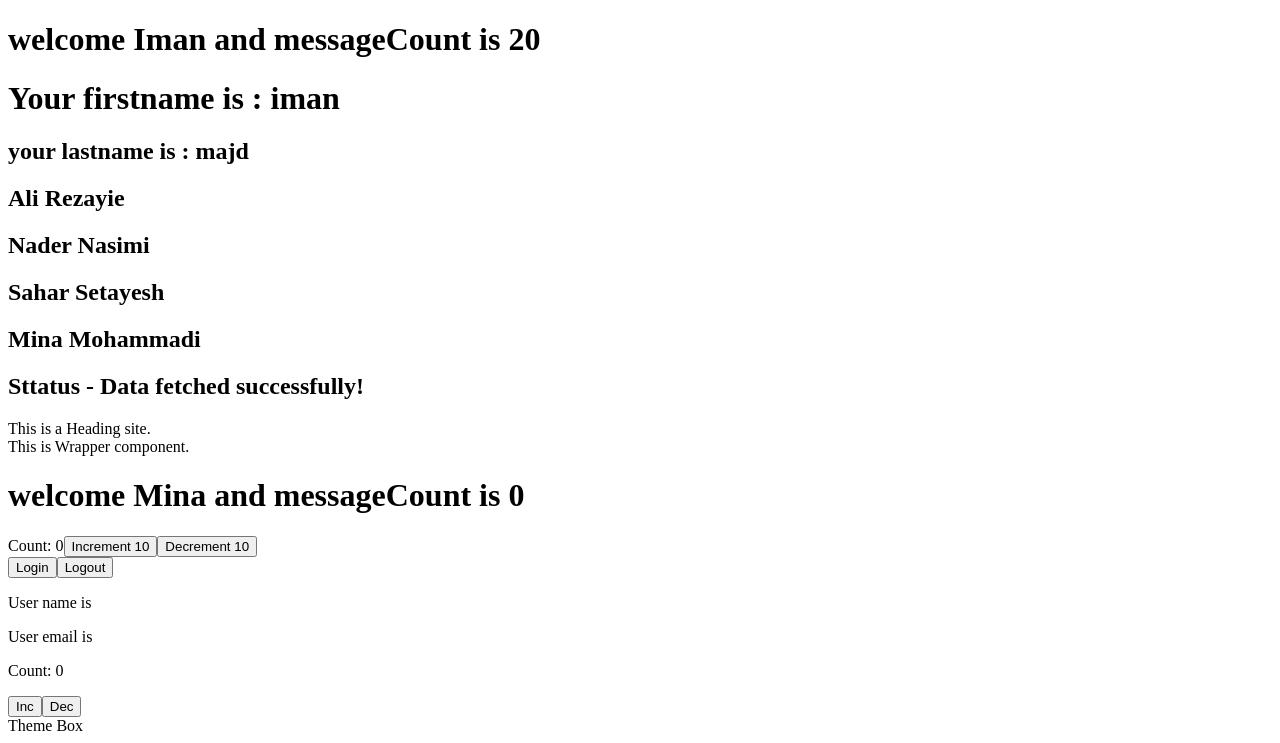
Repository: imangame2125/Typescript-learn-course
Page: /
An editor plug-in stored every save of this project. The page is shown before and after the next save, followed by the edit.
The browser window is 1280 px wide. The pictures show the whole page.
The project was rebuilt for these pictures with package versions that can differ from the ones it lists, and the page was loaded fresh each time.

Above is the page before, as saved 2023-10-01 10:43:49.

After the next save:
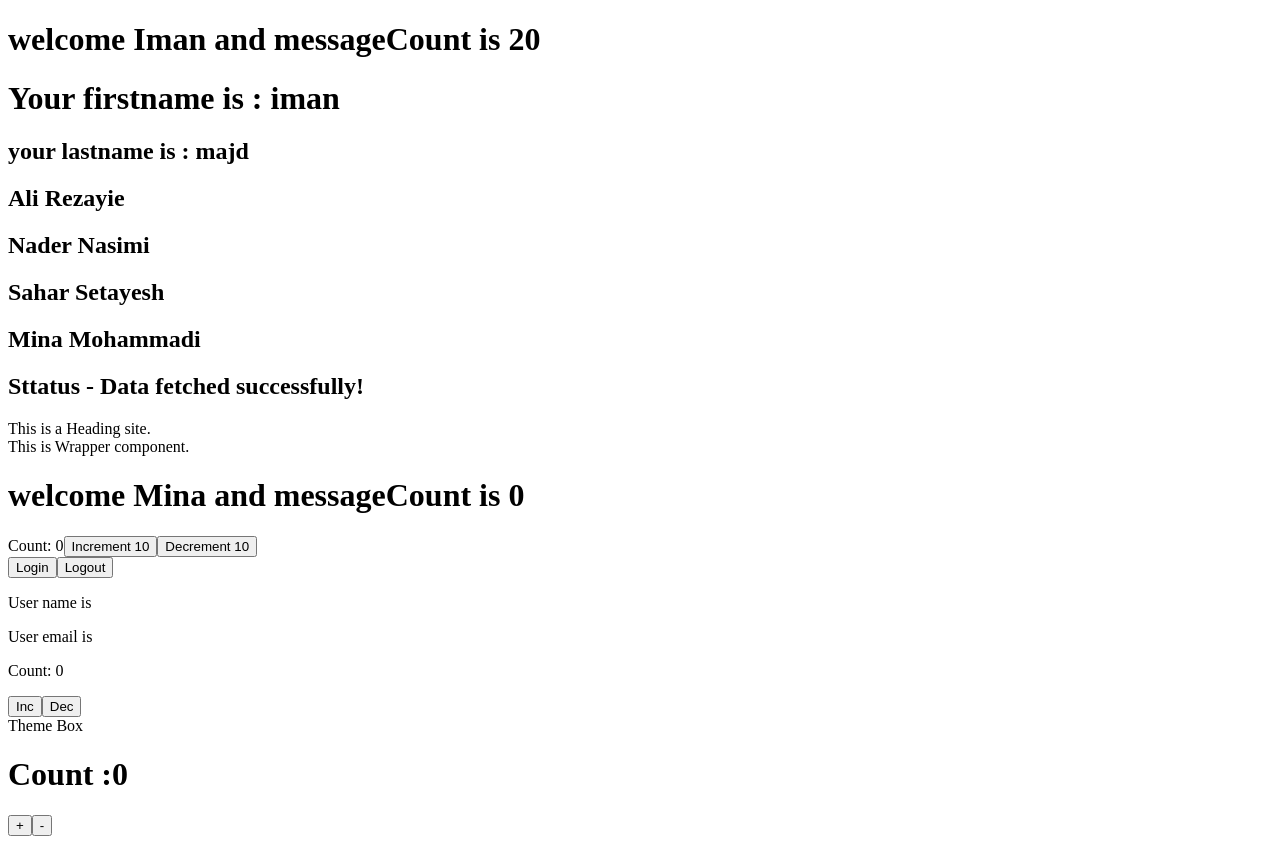
Saved 34 s later.
--- a/src/App.tsx
+++ b/src/App.tsx
@@ -10,6 +10,7 @@ import Container from "./components/pages/Counter";
 import UseReducerTypescript from "./components/pages/UseResuerTypescript";
 import { ThemeContextProvider } from "./components/context/ThemeContext";
 import Box from "./components/pages/Box";
+import CounterUseReducer from "./components/pages/CounterUseReducer";
 
 function App() {
   const personName = {
@@ -62,6 +63,8 @@ function App() {
       <ThemeContextProvider>
         <Box/>
       </ThemeContextProvider>
+
+      <CounterUseReducer/>
     </div>
   );
 }
